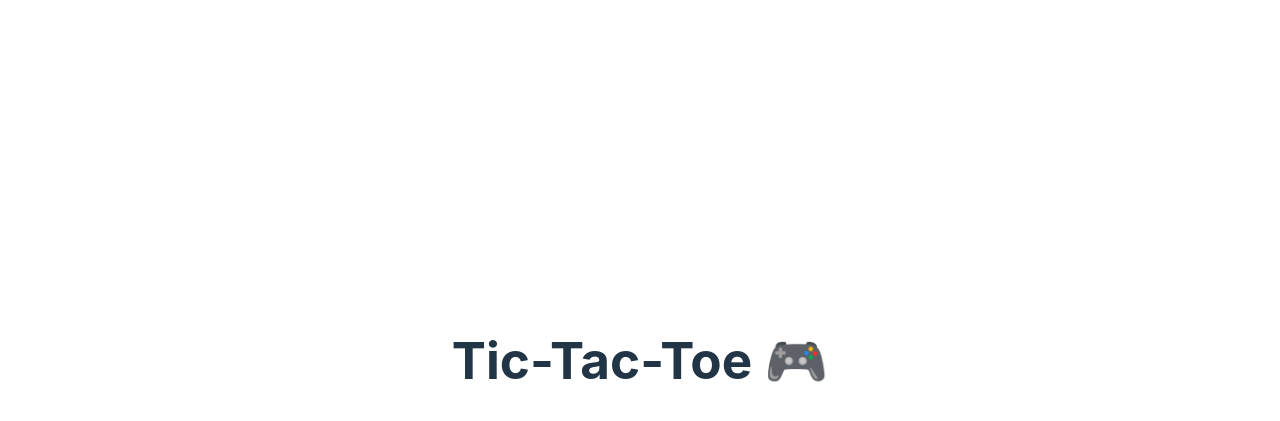
Repository: atzin-escandia/react-tic-tac-toe
Page: /
An editor plug-in stored every save of this project. The page is shown before and after the next save, followed by the edit.
The browser window is 1280 px wide. The pictures show the whole page.
The project was rebuilt for these pictures with package versions that can differ from the ones it lists, and the page was loaded fresh each time. Also part of the build but not shown: vite.config.js.

Above is the page before, as saved 2023-10-05 18:40:56.

### index.html
<!DOCTYPE html>
<html lang="en">
  <head>
    <meta charset="UTF-8" />
    <link rel="icon" type="image/svg+xml" href="/vite.svg" />
    <meta name="viewport" content="width=device-width, initial-scale=1.0" />
    <title>Tic-Tac-Toe React 🎮</title>
  </head>
  <body>
    <div id="root"></div>
    <script type="module" src="/src/main.jsx"></script>
  </body>
</html>

### src/App.jsx
import "./App.css";

function App() {
  const turns = {
    x: "❌",
    o: "🤍",
  };

  const board = Array(9).fill(null);

  return (
    <main className="board">
      <h1>Tic-Tac-Toe 🎮</h1>
      <section className="game"></section>
    </main>
  );
}

export default App;

### src/index.css
:root {
  font-family: Inter, system-ui, Avenir, Helvetica, Arial, sans-serif;
  line-height: 1.5;
  font-weight: 400;

  color-scheme: light dark;
  color: rgba(255, 255, 255, 0.87);

  font-synthesis: none;
  text-rendering: optimizeLegibility;
  -webkit-font-smoothing: antialiased;
  -moz-osx-font-smoothing: grayscale;
  -webkit-text-size-adjust: 100%;
}

a {
  font-weight: 500;
  color: #646cff;
  text-decoration: inherit;
}
a:hover {
  color: #535bf2;
}

body {
  margin: 0;
  display: flex;
  place-items: center;
  min-width: 320px;
  min-height: 100vh;
}

h1 {
  font-size: 3.2em;
  line-height: 1.1;
}

button {
  border-radius: 8px;
  border: 1px solid transparent;
  padding: 0.6em 1.2em;
  font-size: 1em;
  font-weight: 500;
  font-family: inherit;
  background-color: #1a1a1a;
  cursor: pointer;
  transition: border-color 0.25s;
}
button:hover {
  border-color: #646cff;
}
button:focus,
button:focus-visible {
  outline: 4px auto -webkit-focus-ring-color;
}

@media (prefers-color-scheme: light) {
  :root {
    color: #213547;
    background-color: #ffffff;
  }
  a:hover {
    color: #747bff;
  }
  button {
    background-color: #f9f9f9;
  }
}

#root {
  max-width: 1280px;
  margin: 0 auto;
  padding: 2rem;
  text-align: center;
}

.logo {
  height: 6em;
  padding: 1.5em;
  will-change: filter;
}
.logo:hover {
  filter: drop-shadow(0 0 2em #646cffaa);
}
.logo.react:hover {
  filter: drop-shadow(0 0 2em #61dafbaa);
}

@keyframes logo-spin {
  from {
    transform: rotate(0deg);
  }
  to {
    transform: rotate(360deg);
  }
}

@media (prefers-reduced-motion: no-preference) {
  a:nth-of-type(2) .logo {
    animation: logo-spin infinite 20s linear;
  }
}

.card {
  padding: 2em;
}

.read-the-docs {
  color: #888;
}

Loaded but not shown: src/main.jsx (common file); src/App.css (common file)

After the next save:
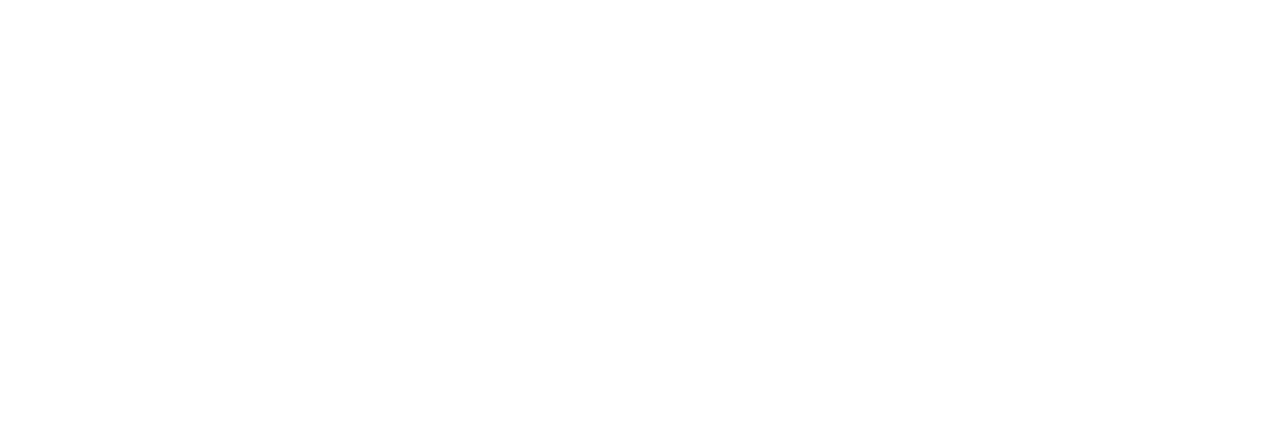
Console error: ReferenceError: Square is not defined
Saved 55 s later.
--- a/src/App.jsx
+++ b/src/App.jsx
@@ -11,7 +11,11 @@
   return (
     <main className="board">
       <h1>Tic-Tac-Toe 🎮</h1>
-      <section className="game"></section>
+      <section className="game">
+        {board.map((_, index) => {
+          <Square key={index}></Square>;
+        })}
+      </section>
     </main>
   );
 }

After the save that followed:
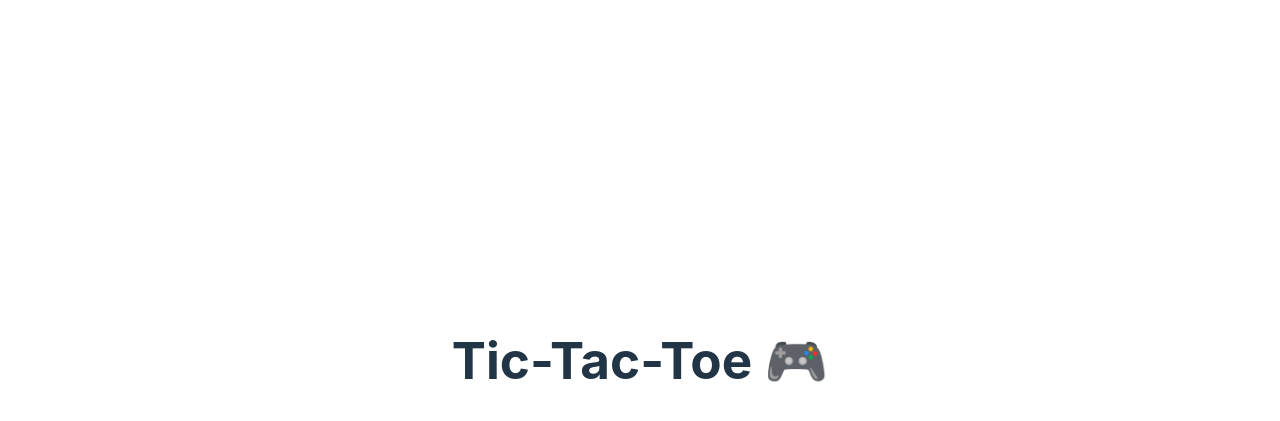
The error is gone.
Saved 14 s later.
--- a/src/App.jsx
+++ b/src/App.jsx
@@ -7,6 +7,8 @@
   };
 
   const board = Array(9).fill(null);
+
+  const Square = () => {};
 
   return (
     <main className="board">
